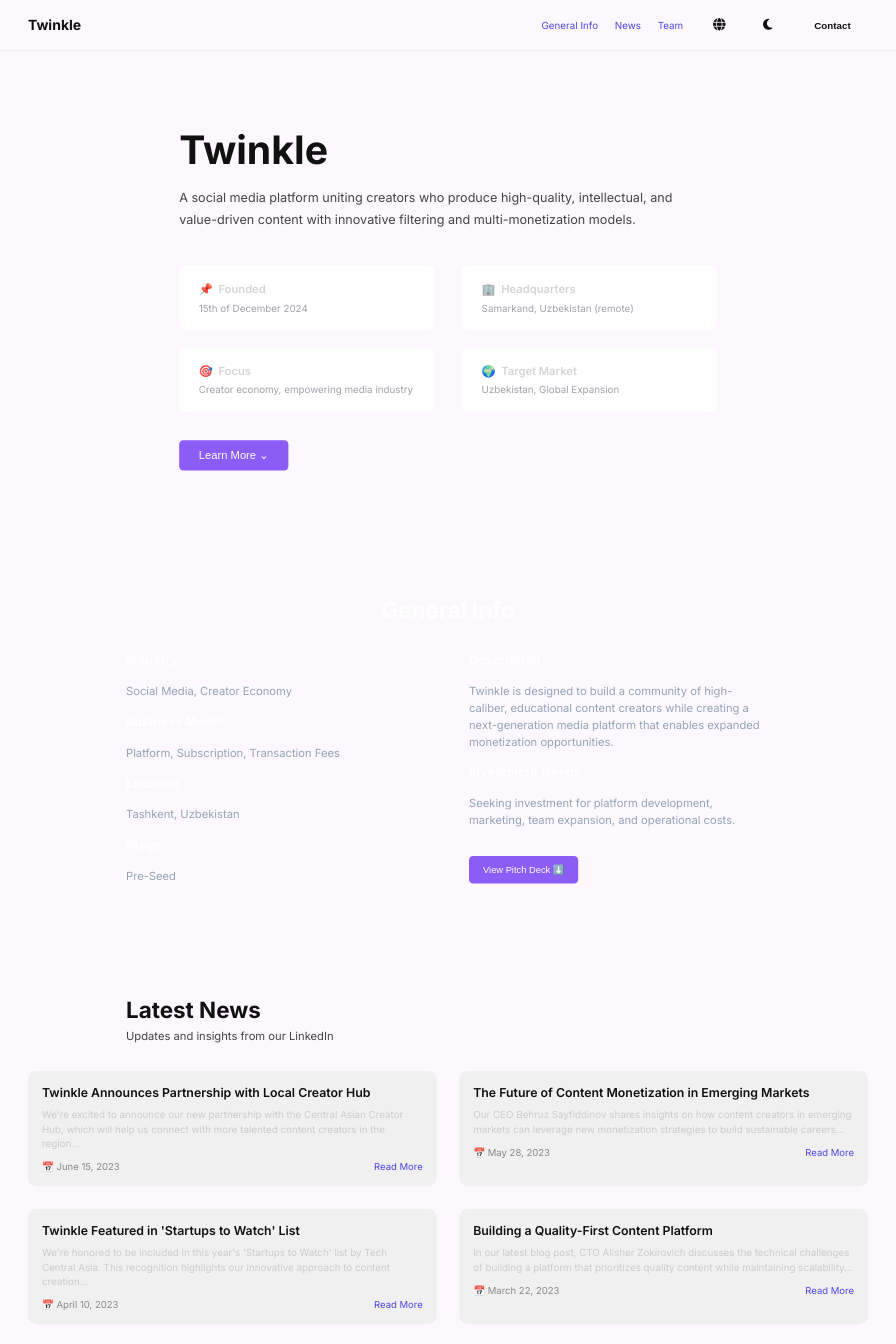
Repository: techboy-33/Twinkle-web
Page: index.html
These files come from the project's save history. The page is drawn as it stood at one moment and after the next save; the edit follows.
The browser window is 1280 px wide. The pictures show the part of the page from y = 0 to 1920 px (the page is 4265 px tall before and 4286 px after), at 70% of full size.
Empty fields were first filled with sample values (such as "Sample", 5 or name@example.com).
After loading, the first visible `#theme-toggle` was clicked once.

Above is the page before, as saved 2025-05-15 11:52:01.

### index.html
<!DOCTYPE html>
<html lang="en">

<head>
    <meta charset="UTF-8" />
    <meta name="viewport" content="width=device-width, initial-scale=1.0" />
    <title>Twinkle</title>
    <link href="styles.css" rel="stylesheet" />
    <link href="https://fonts.googleapis.com/css2?family=Inter:wght@400;600;700&display=swap" rel="stylesheet">
    <link rel="stylesheet" href="https://cdnjs.cloudflare.com/ajax/libs/font-awesome/6.5.0/css/all.min.css">
    <link rel="stylesheet" href="./base.css">
    <link rel="stylesheet" href="./responsive.css">
</head>

<body>
    <header class="navbar">
        <div class="container nav-inner">
            <div class="logo">Twinkle</div>
            <div class="nav-right">
                <nav class="nav-links">
                    <a href="#">General Info</a>
                    <a href="#">News</a>
                    <a href="#">Team</a>
                </nav>
                <div class="nav-icons">
                    <button class="icon-btn">
                        <i class="fa-solid fa-globe"></i>
                    </button>
                    <button class="icon-btn" id="theme-toggle">
                        <i class="fa-solid fa-sun"></i>
                    </button>
                    <button class="icon-btn contact-btn">Contact</button>
                    <button class="hamburger-menu" id="menu-toggle">
                        <i class="fa-solid fa-bars"></i>
                    </button>
                </div>
            </div>
        </div>
    </header>
    <section class="hero">
        <div class="hero-inner">
            <h1>Twinkle</h1>
            <p class="subtitle">
                A social media platform uniting creators who produce high-quality, intellectual, and value-driven
                content with innovative filtering and multi-monetization models.
            </p>

            <div class="info-grid">
                <div class="info-card">
                    <h3>Founded</h3>
                    <p>15th of December 2024</p>
                </div>
                <div class="info-card">
                    <h3>Headquarters</h3>
                    <p>Samarkand, Uzbekistan (remote)</p>
                </div>
                <div class="info-card">
                    <h3>Focus</h3>
                    <p>Creator economy, empowering media industry</p>
                </div>
                <div class="info-card">
                    <h3>Target Market</h3>
                    <p>Uzbekistan, Global Expansion</p>
                </div>
            </div>

            <button class="learn-btn">Learn More ⌄</button>
        </div>
    </section>
    <main class="container">
        <section class="general-info">
            <h2>General Info</h2>
            <div class="info-columns">
                <div class="left">
                    <div>
                        <p class="strong">Industry</p>
                        <p>Social Media, Creator Economy</p>
                    </div>
                    <div>
                        <p class="strong">Business Model</p>
                        <p>Platform, Subscription, Transaction Fees</p>
                    </div>
                    <div>
                        <p class="strong">Location</p>
                        <p>Tashkent, Uzbekistan</p>
                    </div>
                    <div>
                        <p class="strong">Stage</p>
                        <p>Pre-Seed</p>
                    </div>
                </div>
                <div class="right">
                    <div>
                        <p class="strong">Description</p>
                        <p>Twinkle is designed to build a community of high-caliber, educational content creators while
                            creating a next-generation media platform that enables expanded monetization opportunities.
                        </p>
                    </div>
                    <div>
                        <p class="strong">Investment Needs</p>
                        <p>Seeking investment for platform development, marketing, team expansion, and operational
                            costs.
                        </p>
                    </div>
                    <button class="pitch-btn">View Pitch Deck ⬇️</button>
                </div>
            </div>
        </section>
    </main>
    <section class="news-section">
        <div class="container">
            <h2 class="news-title">Latest News</h2>
            <p class="news-subtitle">Updates and insights from our LinkedIn</p>

            <div class="news-grid">
                <!-- News Card 1 -->
                <div class="news-card">
                    <h3>Twinkle Announces Partnership with Local Creator Hub</h3>
                    <p>We're excited to announce our new partnership with the Central Asian Creator Hub, which will help
                        us connect with more talented content creators in the region...</p>
                    <div class="news-meta">
                        <span>📅 June 15, 2023</span>
                        <a href="#">Read More</a>
                    </div>
                </div>

                <!-- News Card 2 -->
                <div class="news-card">
                    <h3>The Future of Content Monetization in Emerging Markets</h3>
                    <p>Our CEO Behruz Sayfiddinov shares insights on how content creators in emerging markets can
                        leverage new monetization strategies to build sustainable careers...</p>
                    <div class="news-meta">
                        <span>📅 May 28, 2023</span>
                        <a href="#">Read More</a>
                    </div>
                </div>

                <!-- News Card 3 -->
                <div class="news-card">
                    <h3>Twinkle Featured in 'Startups to Watch' List</h3>
                    <p>We're honored to be included in this year's 'Startups to Watch' list by Tech Central Asia. This
                        recognition highlights our innovative approach to content creation...</p>
                    <div class="news-meta">
                        <span>📅 April 10, 2023</span>
                        <a href="#">Read More</a>
                    </div>
                </div>

                <!-- News Card 4 -->
                <div class="news-card">
                    <h3>Building a Quality-First Content Platform</h3>
                    <p>In our latest blog post, CTO Alisher Zokirovich discusses the technical challenges of building a
                        platform that prioritizes quality content while maintaining scalability...</p>
                    <div class="news-meta">
                        <span>📅 March 22, 2023</span>
                        <a href="#">Read More</a>
                    </div>
                </div>
            </div>

            <div class="view-all-wrapper">
                <button class="view-all-btn">View All Updates ⤵</button>
            </div>
        </div>
    </section>
    <section class="team-section">
        <div class="container">
            <h2 class="team-title">Our Team</h2>
            <p class="team-subtitle">Meet the passionate minds behind Twinkle</p>

            <div class="team-grid">
                <!-- Team Members -->
                <div class="team-card">
                    <img src="https://encrypted-tbn0.gstatic.com/images?q=tbn:ANd9GcR9CMIiPoEBXCQ0sEX700hf1_gQ1kkmD3HA4w&s"
                        alt="Behruz">
                    <h3>Behruz Sayfiddinov</h3>
                    <p class="role">Co-founder & CEO</p>
                    <p class="desc">Background in startups, business development & media.</p>
                    <div class="icons">
                        <a href="#"><i class="fas fa-envelope"></i></a>
                        <a href="#"><i class="fab fa-linkedin-in"></i></a>
                    </div>
                </div>

                <div class="team-card">
                    <img src="https://encrypted-tbn0.gstatic.com/images?q=tbn:ANd9GcR9CMIiPoEBXCQ0sEX700hf1_gQ1kkmD3HA4w&s"
                        alt="Alisher">
                    <h3>Alisher Zokirovich</h3>
                    <p class="role">Founder & CTO</p>
                    <p class="desc">Responsible for tech development and product vision.</p>
                    <div class="icons">
                        <a href="#"><i class="fas fa-envelope"></i></a>
                        <a href="#"><i class="fab fa-linkedin-in"></i></a>
                    </div>
                </div>

                <div class="team-card">
                    <img src="https://encrypted-tbn0.gstatic.com/images?q=tbn:ANd9GcR9CMIiPoEBXCQ0sEX700hf1_gQ1kkmD3HA4w&s"
                        alt="Member">
                    <h3>Le Minh Hoan</h3>
                    <p class="role">Frontend Developer</p>
                    <p class="desc">Creating seamless user experiences and interfaces.</p>
                    <div class="icons">
                        <a href="#"><i class="fas fa-envelope"></i></a>
                        <a href="#"><i class="fab fa-linkedin-in"></i></a>
                    </div>
                </div>

                <div class="team-card">
                    <img src="https://encrypted-tbn0.gstatic.com/images?q=tbn:ANd9GcR9CMIiPoEBXCQ0sEX700hf1_gQ1kkmD3HA4w&s"
                        alt="Member">
                    <h3>Doston Imomaliyev</h3>
                    <p class="role">Backend Developer</p>
                    <p class="desc">Building robust backend systems.</p>
                    <div class="icons">
                        <a href="#"><i class="fas fa-envelope"></i></a>
                        <a href="#"><i class="fab fa-linkedin-in"></i></a>
                    </div>
                </div>

                <div class="team-card">
                    <img src="https://encrypted-tbn0.gstatic.com/images?q=tbn:ANd9GcR9CMIiPoEBXCQ0sEX700hf1_gQ1kkmD3HA4w&s"
                        alt="Member">
                    <h3>Xojiakbar Sobirjonov</h3>
                    <p class="role">UX/UI Designer</p>
                    <p class="desc">Creating intuitive and beautiful user experiences.</p>
                    <div class="icons">
                        <a href="#"><i class="fas fa-envelope"></i></a>
                        <a href="#"><i class="fab fa-linkedin-in"></i></a>
                    </div>
                </div>
            </div>
        </div>
    </section>
    <section class="find-us-section">
        <div class="container">
            <h2 class="find-us-title">You can <span>Find Us</span></h2>
            <p class="find-us-subtitle">Connect with Twinkle across various platforms</p>
            <div class="find-us-grid">
                <div class="find-us-card linkedin">
                    <i class="fab fa-linkedin-in"></i>
                    <h3>LinkedIn</h3>
                    <p>linkedin.com/company/twinkle-uz</p>
                </div>
                <div class="find-us-card startup-base">
                    <i class="fas fa-globe"></i>
                    <h3>Startup Base</h3>
                    <p>startupbase.uz/en/startups/39</p>
                </div>
                <div class="find-us-card amazon">
                    <i class="fas fa-seedling"></i>
                    <h3>Amazon Startups</h3>
                    <p>AWS Startup Showcase</p>
                </div>
                <div class="find-us-card instagram">
                    <i class="fab fa-instagram"></i>
                    <h3>Instagram</h3>
                    <p>instagram.com/twinkle_uzbekistan</p>
                </div>
                <div class="find-us-card telegram">
                    <i class="fab fa-telegram-plane"></i>
                    <h3>Telegram</h3>
                    <p>t.me/twinkle_uzbekistan</p>
                </div>
            </div>
        </div>
    </section>
    <section class="contact-section">
        <div class="container contact-container">
            <h2 class="contact-title">Contact Us</h2>
            <p class="contact-description">
                Interested in learning more about Twinkle or discussing investment opportunities? We’d love to hear from
                you.
            </p>

            <div class="contact-methods">
                <div class="contact-box">
                    <i class="fas fa-envelope"></i>
                    <p>info@twinkle.com</p>
                </div>
                <div class="contact-box">
                    <i class="fab fa-linkedin-in"></i>
                    <p>LinkedIn</p>
                </div>
            </div>

            <form class="contact-form">
                <div class="form-row">
                    <input type="text" placeholder="Name" required />
                    <input type="email" placeholder="Email" required />
                </div>
                <input type="text" placeholder="Subject" required />
                <textarea placeholder="Message" rows="5" required></textarea>
                <button type="submit" class="send-btn">Send Message</button>
            </form>
        </div>

    </section>
    <footer class="contact-footer">
        <p class="footer-brand">Twinkle</p>
        <p class="footer-rights">© 2025 Twinkle, Inc. All rights reserved.</p>
    </footer>
    <script src="./js.js"></script>
</body>

</html>

### base.css
body.light-mode {
  background-color: #fdf8fd;
  color: #111111;
}

body.light-mode .logo {
  color: #111111 !important;
}

body.light-mode .navbar {
  border-bottom: 1px solid #e5e7eb;
}

body.light-mode .navbar,
body.light-mode .hero,
body.light-mode .icon-btn,
body.light-mode .hamburger-menu,
body.light-mode .text-muted-foreground,
body.light-mode .general-info,
body.light-mode .news-section,
body.light-mode .team-section,
body.light-mode .find-us-section,
body.light-mode .contact-section,
body.light-mode .contact-footer {
  background-color: #fdf8fd !important;
  color: #111111 !important;
}

body.light-mode .info-card {
  border: none;
  background-color: #ffffff !important;
  border: 0 solid #b8b9bc !important;
}

body.light-mode .news-card,
body.light-mode .team-card,
body.light-mode .find-us-card,
body.light-mode .contact-box,
body.light-mode .contact-form input,
body.light-mode .contact-form textarea {
  background-color: #f0f0f0 !important;
  color: #111111 !important;
}

body.light-mode a {
  color: #4f46e5;
}

body.light-mode .subtitle,
body.light-mode .news-subtitle,
body.light-mode .team-subtitle,
body.light-mode .desc,
body.light-mode .find-us-card p,
body.light-mode .contact-description {
  color: #444 !important;
}

### responsive.css
@media (max-width: 768px) {

    .navbar {
        width: 100vw;
        overflow-x: hidden;
    }

    .nav-links,
    .contact-btn {
        display: none;
    }

    .hamburger-menu {
        display: block;
        background-color: #0f172a;
        color: #d1d5db;
        border: none;
        font-size: 18px;
    }

    .nav-inner {
        max-width: 1200px;
        width: 100%;
        padding: 0 26px;
        margin: 0 auto;
        display: flex;
        justify-content: space-between;
        align-items: center;
    }

    .nav-right {
        gap: 12px;
    }

    .nav-icons {
        display: flex;
        align-items: center;
        justify-content: flex-end;
        gap: 16px;
    }


    .nav-open .nav-links {
        display: flex;
        flex-direction: column;
        background-color: #1e293b;
        position: absolute;
        top: 70px;
        right: 20px;
        padding: 12px;
        border-radius: 8px;
        gap: 12px;
        z-index: 1001;
    }

    .nav-open .contact-btn {
        display: block;
        width: 100%;
    }

    /* hero */
    .hero {
        padding: 80px 0;
    }

    .hero-inner {
        padding: 0 26px;
    }

    .hero-inner h1 {
        font-size: 36px;
    }

    .subtitle {
        font-size: 16px;
        max-width: 100%;
        margin-bottom: 40px;
    }

    .info-grid {
        grid-template-columns: 1fr;
        gap: 20px;
    }

    .info-card {
        padding: 20px;
    }

    .learn-btn {
        font-size: 14px;
        padding: 10px 24px;
    }

    /* General  Info Section */
    .general-info {
        padding: 60px 26px 70px 26px;
    }

    .general-info h2 {
        font-size: 26px;
        margin: 10px 0 60px 0;
    }

    .info-columns {
        flex-direction: column;
        gap: 40px;
    }

    .info-columns .left,
    .info-columns .right {
        flex: none;
        width: 100%;
    }

    .info-columns p {
        font-size: 15px;
        line-height: 22px;
    }

    .info-columns p strong {
        margin-bottom: 10px;
    }

    .pitch-btn {
        margin: 26px 0;
    }

    /* new section */
    .news-section {
        padding: 60px 26px;
    }

    .news-title,
    .news-subtitle {
        padding-left: 0;
    }

    .news-title {
        font-size: 1.5rem;
        margin: 20px 0;
    }

    .news-subtitle {
        font-size: 0.95rem;
        margin-bottom: 60px;
    }

    .news-grid {
        grid-template-columns: 1fr;
        gap: 20px;
    }

    .news-card {
        padding: 16px;
    }

    .news-card h3 {
        font-size: 1rem;
    }

    .news-card p {
        font-size: 13px;
    }

    .news-meta {
        flex-direction: column;
        align-items: flex-start;
        gap: 6px;
    }

    .view-all-btn {
        width: 50%;
        padding: 12px;
        font-size: 15px;
    }

    /* Teams section*/
    .team-title {
        margin-bottom: 20px;
    }

    /* Find Us */
    .find-us-title {
        margin-bottom: 20px;
    }

    .find-us-grid {
        justify-content: center;
    }

    /* Contact */
    .contact-form {
        width: 100%;
        padding: 0 16px;
    }
    .contact-section {
        padding: 60px 20px 60px 20px;
    }

    .form-row {
        flex-direction: column;
        gap: 10px;
    }

    .contact-form input,
    .contact-form textarea {
        font-size: 1rem;
        padding: 12px;
    }

    .send-btn {
        margin-top: 20px;
    }
}

Loaded but not shown: js.js (15 lines, source omitted); styles.css (590 lines, source omitted)

After the next save:
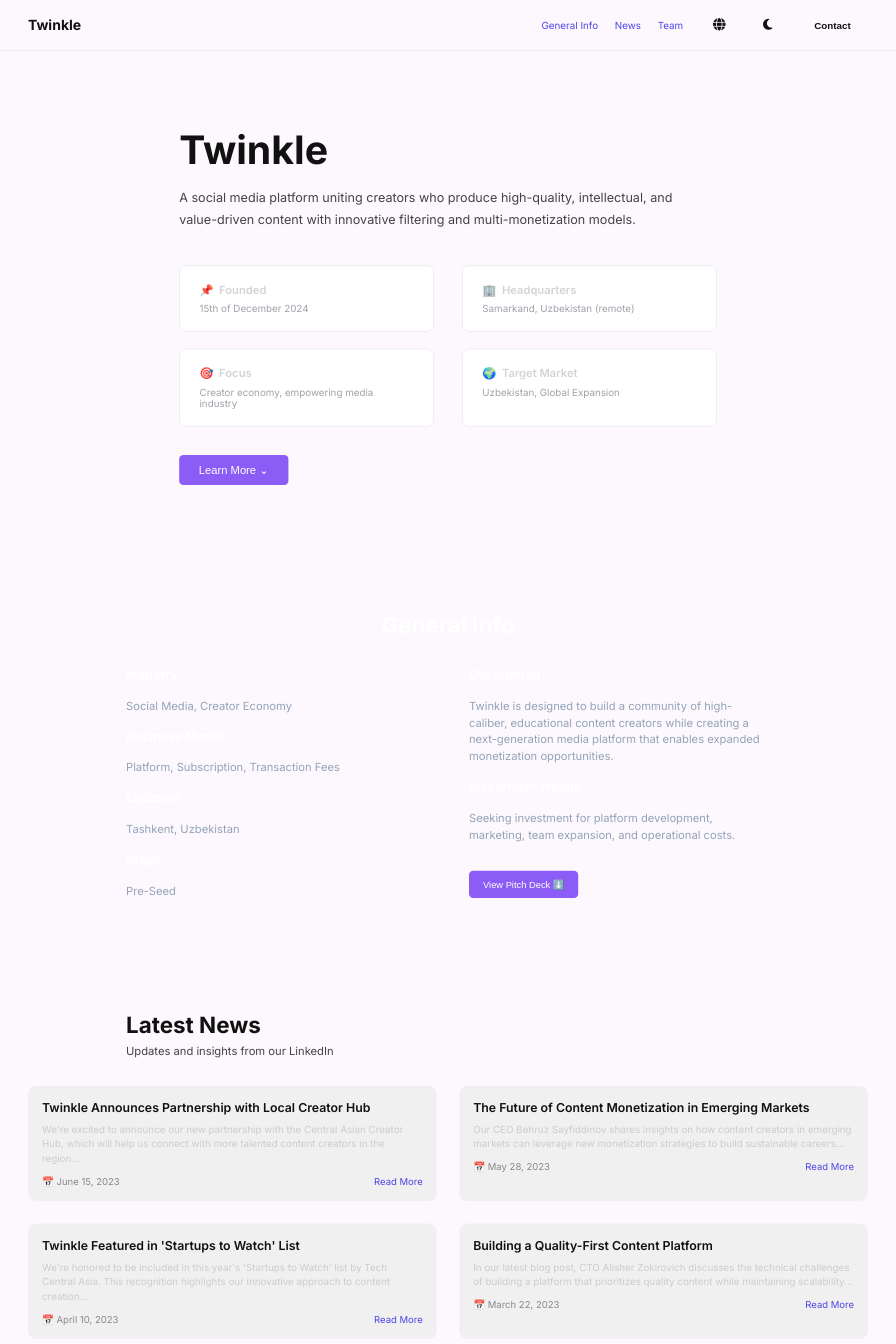
Saved 19 s later.
--- a/base.css
+++ b/base.css
@@ -29,7 +29,7 @@
 body.light-mode .info-card {
   border: none;
   background-color: #ffffff !important;
-  border: 0 solid #b8b9bc !important;
+  border: 1px solid #e5e7eb !important;
 }
 
 body.light-mode .news-card,
